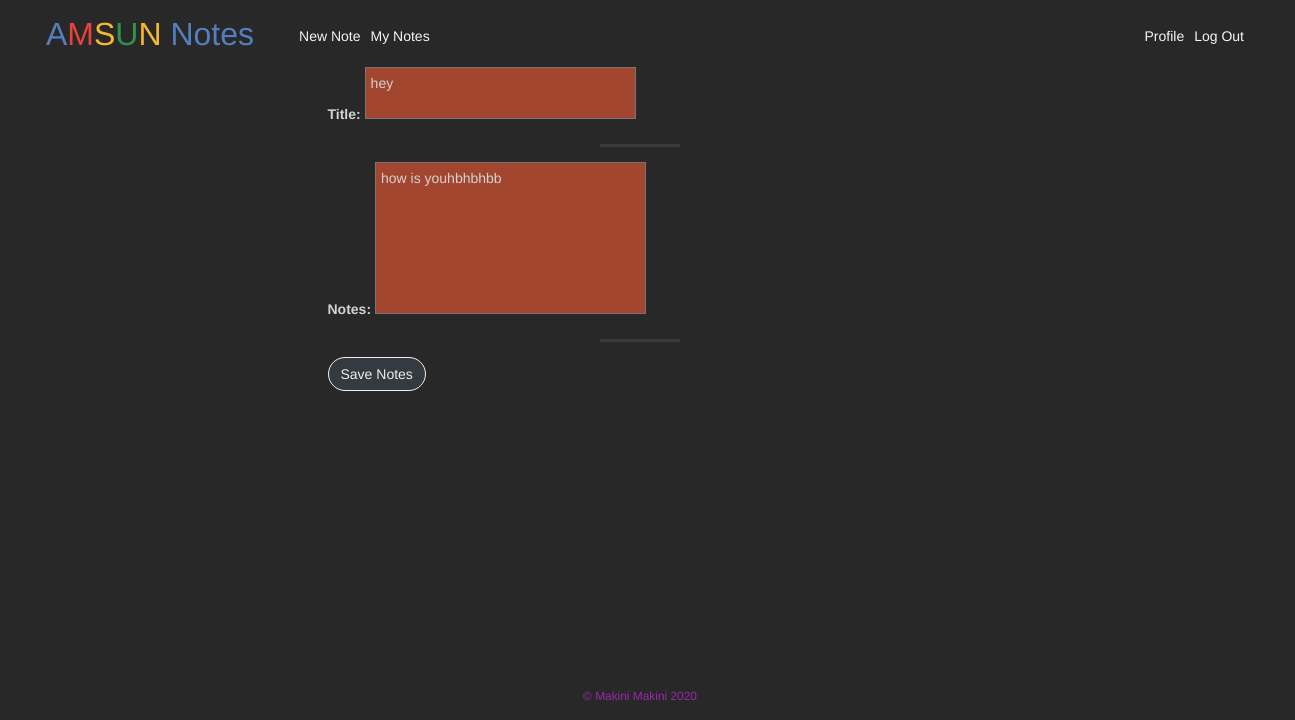
Repository: MakiniMakini/AMSUN-NOTES
Page: http://localhost/22/edit
An editor plug-in stored every save of this project. The page is shown before and after the next save, followed by the edit.
The browser window is 1280 px wide. The page is 1295 px wide, so the pictures cover 1295 px, including what lies to the right of the window. The pictures show the whole page.
Some web fonts or font styles are not loaded; a fallback is used. The page is served by the project's application, run on Flask 3 (application.py). The session is filled in as if someone had signed in: {"user_id": 1}. The page reads the database file committed with the project.

Above is the page before, as saved 2020-12-25 13:26:59.

### templates/edit.html
{% extends "layout.html" %}

{% block title %}
    Edit
{% endblock %}

{% block main %}

<div class="row">
  <div class="col-3"></div>
<div class="col-6">
  <div class="notes_form">
    {% for item in notes %}

    <form action="/{{item[0]}}/edit" method="POST" class="notes_form">
     <label for="title">Title:</label>
     <textarea name="title" id="" cols="30" rows="2" placeholder="title" type="text" >{{item[1]}}</textarea>
     <hr>
     <label for="notes">Notes:</label>
     <textarea name="notes" cols="30" rows="7" placeholder="notes" type="text">{{item[2]}}</textarea>
     <hr>
      <button class="btn btn-primary bg-dark" type="submit">Save Notes</button>
    </form>

    {% endfor %}

</div>
</div>
<div class="col-3"></div>
</div>




{% endblock %}

### templates/layout.html
<!DOCTYPE html>
<html lang="en">
    <head>
        <!-- Required meta tags -->
        <meta charset="utf-8">
        <meta name="viewport" content="width=device-width, initial-scale=1, shrink-to-fit=no">

        <!-- documentation at http://getbootstrap.com/docs/4.1/, alternative themes at https://bootswatch.com/ -->
        <link href="https://maxcdn.bootstrapcdn.com/bootstrap/4.1.3/css/bootstrap.min.css" rel="stylesheet">

        <!-- https://favicon.io/emoji-favicons/money-mouth-face/ -->
        <link href="/static/favicon.ico" rel="icon">

        <link href="/static/styles.css" rel="stylesheet">
        <link rel="stylesheet" href="/static/bootstrap.min.css" />
        <link rel="stylesheet" href="/static/animate.min.css" />
        <link rel="stylesheet" href="/static/ionicons.min.css" />
        <link rel="stylesheet" href="/static/styles2.css" />
        <link rel="stylesheet" href="/static/profile.css" />

        <script src="https://code.jquery.com/jquery-3.3.1.min.js"></script>
        <script src="https://cdnjs.cloudflare.com/ajax/libs/popper.js/1.14.3/umd/popper.min.js"></script>
        <script src="https://maxcdn.bootstrapcdn.com/bootstrap/4.1.3/js/bootstrap.min.js"></script>

        <title>AMSUN Notes: {% block title %}{% endblock %}</title>
    </head>

    <body>

        <nav class="navbar navbar-expand-md navbar-light bg-none pl-5 pr-5 m-0 fixed-top">
            <a class="navbar-brand" href="/"><span class="blue">A</span><span class="red">M</span><span class="yellow">S</span><span class="green">U</span><span class="yellow">N</span> <span class="blue">Notes</span></a>
            <button aria-controls="navbar" aria-expanded="false" aria-label="Toggle navigation" class="navbar-toggler bg-light" data-target="#navbar" data-toggle="collapse" type="button">
                <span class="navbar-toggler-icon"></span>
            </button>
            <div class="collapse navbar-collapse" id="navbar" >
                {% if session.user_id %}
                    <ul class="navbar-nav mr-auto mt-2">
                        <li class="nav-item"><a class="nav-link" href="/home">New Note</a></li>
                        <li class="nav-item"><a class="nav-link" href="/my_notes">My Notes</a></li>
                    </ul>
                    <ul class="navbar-nav ml-auto mt-2 navbar-right">
                        <li class="nav-item"><a class="nav-link" href="/profile">Profile</a></li>
                        <li class="nav-item"><a class="nav-link" href="/logout">Log Out</a></li>
                    </ul>
                {% else %}
                    <ul class="navbar-nav ml-auto mt-2 navbar-right">
                        <li class="nav-item"><a class="nav-link" href="/register">Register</a></li>
                        <li class="nav-item"><a class="nav-link" href="/login">Log In</a></li>
                    </ul>
                {% endif %}
            </div>
        </nav>

        {% if get_flashed_messages() %}
            <header>
                <div class="alert alert-primary border text-center" role="alert">
                    {{ get_flashed_messages() | join(" ") }}
                </div>
            </header>
        {% endif %}

        <main class="container p-0">

        </main>
        {% block main %}{% endblock %}

        <footer class="small text-center text-muted fixed-bottom bg-none">
             <a href="https://makini-makini.herokuapp.com">© Makini Makini 2020</a>
        </footer>

    </body>
</html>

### application.py
import os

import sqlite3
from flask import Flask, flash, jsonify, redirect, render_template, request, session
from flask_session import Session
from tempfile import mkdtemp
from werkzeug.exceptions import default_exceptions, HTTPException, InternalServerError
from werkzeug.security import check_password_hash, generate_password_hash

from helpers import apology, login_required


# Configure application
app = Flask(__name__)

# Ensure templates are auto-reloaded
app.config["TEMPLATES_AUTO_RELOAD"] = True

# Ensure responses aren't cached
@app.after_request
def after_request(response):
    response.headers["Cache-Control"] = "no-cache, no-store, must-revalidate"
    response.headers["Expires"] = 0
    response.headers["Pragma"] = "no-cache"
    return response


# Configure session to use filesystem (instead of signed cookies)
app.config["SESSION_FILE_DIR"] = mkdtemp()
app.config["SESSION_PERMANENT"] = False
app.config["SESSION_TYPE"] = "filesystem"
Session(app)

# connecting to the database
connection = sqlite3.connect("amsun_notes.db", check_same_thread=False)

# cursor
db = connection.cursor()

# >>>>>>>>>>>>>>>>>>>>>>>>>>>>>>>ROUTES<<<<<<<<<<<<<<<<<<

# ///////////////INDEX\\\\\\\\\\\\\\\\\\
@app.route("/")
def home_page():
    return render_template("home.html")

# ////////////////WRITE NOTES\\\\\\\\\\\\\
@app.route("/home")
@login_required
def index():
    return render_template("index.html")

# //////PROFILE\\\\\\\\
@app.route("/profile")
@login_required
def profile():
    return render_template("profile.html")

# /////////////MY NOTES\\\\\\\\\\
@app.route("/my_notes")
@login_required
def my_notes():

    # logged user
    user_id = session['user_id']

    db.execute("SELECT note_id, title, notes FROM notes WHERE user_id=:user_id", {'user_id':user_id})
    notes = db.fetchall()

    # Ensure user has notes
    if not notes:
        return render_template("index.html", message = "You Do Not Have Any Stock")

    return render_template("my_notes.html", notes=notes)

# ///////////////ALLOW USER TO EDIT THEIR NOTES\\\\\\\\\\\\\\\\\\\
@app.route("/<note_id>/edit", methods=["GET", "POST"])
@login_required
def edit(note_id):

     # logged user
    user_id = session['user_id']

    if request.method == "GET":
        # query database for notes
        db.execute("SELECT note_id, title, notes FROM notes WHERE user_id=:user_id AND note_id=:note_id", {'user_id':user_id, 'note_id':note_id})
        notes = db.fetchall()
        # populate text-area with existing notes
        return render_template("edit.html", notes=notes)

    if request.method == "POST":
        # get title
        title = request.form.get("title")
        #get notes
        notes = request.form.get("notes")

        # ensure the fields are not blank
        if not request.form.get("notes"):
            return apology('must write something', 403)
        else:
            # update notes
            db.execute("UPDATE notes SET title =:title, notes =:notes WHERE note_id=:note_id", {'user_id':user_id, 'note_id':note_id, 'title':title, 'notes':notes})
            # save to data base
            connection.commit()
            # redirect user to their notes
            return redirect("/my_notes")


@app.route("/<note_id>/delete")
@login_required
def delete(note_id):

    print(note_id)

    db.execute("DELETE FROM notes WHERE note_id=:note_id", {'note_id':note_id})
    connection.commit()

    return redirect("/my_notes")

# >>>>>>>>>>>>>REGISTER USER<<<<<<<<<<<<<<<<<<<<<<<<<<<<<<<<<<<
@app.route("/register", methods=["GET", "POST"])
def register():
    """Register user"""

    # if 'GET' render Reg. form
    if request.method == "GET":
        return render_template("register.html")

    if request.method == "POST":

        username = request.form.get("username")
        # Ensure username is submitted
        if not request.form.get("username"):
             return apology("must provide username", 403)

        # Ensure password was submitted
        elif not request.form.get("password") and not request.form.get("confirmation"):
            return apology("must provide password and confirmation", 403)
        else:
            # query db
            db.execute("SELECT * FROM users WHERE username = :username",
                            {'username' : username})
            rows = db.fetchall()

            # check if user exists
            if len(rows) == 1:
                return apology("username already exists", 403)
            else:
                username = request.form.get("username")

            # password
            if request.form.get("password") == request.form.get("confirmation"):
                # hash password
                pwhash = generate_password_hash(request.form.get("password"), method='plain')
            else:
                return apology("passwords do not match", 403)

            # update db
            db.execute("INSERT INTO users (username, hash) VALUES (:username, :pwhash)", {'username':username, 'pwhash':pwhash})

            # To save the changes in the files. Never skip this.
            # If we skip this, nothing will be saved in the database.
            connection.commit()

            # # close the connection
            # connection.close()
            return redirect("/")


# >>>>>>>>>>>>>>>>>>>>>>LOGIN<<<<<<<<<<<<<<<<<<<<<<


@app.route("/login", methods=["GET", "POST"])
def login():
    """Log user in"""

    # Forget any user_id
    session.clear()

    # User reached route via POST (as by submitting a form via POST)
    if request.method == "POST":

        # Ensure username was submitted
        if not request.form.get("username"):
            return apology("must provide username", 403)

        # Ensure password was submitted
        elif not request.form.get("password"):
            return apology("must provide password", 403)

        # Query database for username
        db.execute("SELECT * FROM users WHERE username = :username",
                          {'username':request.form.get("username")})

        rows = db.fetchall()

        print(rows)
        # Ensure username exists and password is correct
        if len(rows) != 1 or not check_password_hash(rows[0][2], request.form.get("password")):
            return apology("invalid username and/or password", 403)

    # Remember which user has logged in
        session["user_id"] = rows[0][0]

        # Redirect user to home page
        return redirect("/")

    # User reached route via GET (as by clicking a link or via redirect)
    else:
        return render_template("login.html")

#>>>>>>>>>>>>>>>>>>>>>>>>>>>LOGOUT<<<<<<<<<<<<<<<<<<<<<<<<

@app.route("/logout")
def logout():
    """Log user out"""

    # Forget any user_id
    session.clear()

    # Redirect user to login form
    return redirect("/")


# >>>>>>>>>>>>>>>>>>>SAVE NOTES <<<<<<<<<<<<<<<<<<<<<<<<<
@app.route("/notes", methods=["GET", "POST"])
@login_required
def save():
    #save notes to database

    # logged user
    user_id = session['user_id']

    if request.method == "POST":

        # get the title
        title = request.form.get("title")

        #get notes
        notes = request.form.get("notes")

        # ensure the fields are not blank
        if not request.form.get("notes"):
            return apology('must write something', 403)
        else:
            db.execute("INSERT INTO notes (user_id, title, notes) VALUES (:user_id, :title, :notes)", {'user_id':user_id, 'title':title, 'notes':notes})

            # save to data base
            connection.commit()
            return render_template("index.html")

### helpers.py
import os
import requests
import urllib.parse

from flask import redirect, render_template, request, session
from functools import wraps

def apology(message, code=400):
    """Render message as an apology to user."""
    def escape(s):
        """
        Escape special characters.

        https://github.com/jacebrowning/memegen#special-characters
        """
        for old, new in [("-", "--"), (" ", "-"), ("_", "__"), ("?", "~q"),
                         ("%", "~p"), ("#", "~h"), ("/", "~s"), ("\"", "''")]:
            s = s.replace(old, new)
        return s
    return render_template("apology.html", top=code, bottom=escape(message)), code


def login_required(f):
    """
    Decorate routes to require login.

    http://flask.pocoo.org/docs/1.0/patterns/viewdecorators/
    """
    @wraps(f)
    def decorated_function(*args, **kwargs):
        if session.get("user_id") is None:
            return redirect("/login")
        return f(*args, **kwargs)
    return decorated_function

### static/styles.css
nav .navbar-brand {
	/* size for brand */
	font-size: xx-large;
}

/* colors for brand */
nav .navbar-brand .blue {
	color: #537fbe;
}
nav .navbar-brand .red {
	color: #ea433b;
}
nav .navbar-brand .yellow {
	color: #f5b82e;
}
nav .navbar-brand .green {
	color: #2e944b;
}

.navbar .nav-link {
	color: whitesmoke !important;
}

main .form-control {
	/* center form controls */
	display: inline-block;

	/* override Bootstrap's 100% width for form controls */
	width: auto;
}

main {
	/* scroll horizontally as needed */
	overflow-x: auto;

	/* center contents */
	text-align: center;
}

main img {
	/* constrain images on small screens */
	max-width: 100%;
}

/* Style the image inside the centered container, if needed */
.centered img {
	width: 150px;
	border-radius: 50%;
}

textarea {
	font-family: monospace;
}

.section_name {
	text-align: center;
	padding: 0;
}

.form-form {
	text-align: center;
	padding-top: 10vh;
}
.btn:focus {
	outline: none !important;
}

.form-control-email {
	text-align: left;
	display: block;
	width: 50%;
	height: 35px;
	padding: 6px 12px;
	font-size: 14px;
	line-height: 1.5;
	color: #eee;
	background-color: #36333d;
	background-image: none;
	border: 1px solid #36333d;
	border-radius: 4px;
	box-shadow: inset 0 1px 1px rgba(0, 0, 0, 0.075);
	transition: border-color ease-in-out .15s, box-shadow ease-in-out .15s;
}
.form-control-email:focus {
	outline: none;
}

.iframe-container {
	position: relative;
	overflow: hidden;
	width: 100%;
	padding-top: 56.25%; /* 16:9 Aspect Ratio (divide 9 by 16 = 0.5625) */
}

.responsive-iframe {
	position: absolute;
	top: 0;
	left: 0;
	bottom: 0;
	right: 0;
	width: 100%;
	height: 100%;
}

.my_notes {
	margin: auto;
	align-content: center;
	padding-top: 5vh;
}

.my_notes .card {
	align-content: center;
	margin: auto;
}

textarea {
	background-color: #a3462f;
	padding: 5px;
	columns: red;
}

textarea:focus {
	background-color: #2f2d33;
	outline: none;
}

.notes_form {
	margin: auto;
	align-items: center;
	align-content: center;
}

### static/profile.css
/* Profile container */
.profile {
	margin: 20px 0;
}

/* Profile sidebar */
.profile-sidebar {
	padding: 20px 0 10px 0;
	background: #fff;
}

.profile-userpic img {
	float: none;
	margin: 0 auto;
	width: 50%;
	height: 50%;
	-webkit-border-radius: 50% !important;
	-moz-border-radius: 50% !important;
	border-radius: 50% !important;
}

.profile-usertitle {
	text-align: center;
	margin-top: 20px;
}

.profile-usertitle-name {
	color: #5a7391;
	font-size: 16px;
	font-weight: 600;
	margin-bottom: 7px;
}

.profile-usertitle-job {
	text-transform: uppercase;
	color: #5b9bd1;
	font-size: 12px;
	font-weight: 600;
	margin-bottom: 15px;
}

.profile-userbuttons {
	text-align: center;
	margin-top: 10px;
}

.profile-userbuttons .btn {
	text-transform: uppercase;
	font-size: 11px;
	font-weight: 600;
	padding: 6px 15px;
	margin-right: 5px;
}

.profile-userbuttons .btn:last-child {
	margin-right: 0px;
}

.profile-usermenu {
	margin-top: 30px;
}

.profile-usermenu ul li {
	border-bottom: 1px solid #f0f4f7;
}

.profile-usermenu ul li:last-child {
	border-bottom: none;
}

.profile-usermenu ul li a {
	color: #93a3b5;
	font-size: 14px;
	font-weight: 400;
}

.profile-usermenu ul li a i {
	margin-right: 8px;
	font-size: 14px;
}

.profile-usermenu ul li a:hover {
	background-color: #fafcfd;
	color: #5b9bd1;
}

.profile-usermenu ul li.active {
	border-bottom: none;
}

.profile-usermenu ul li.active a {
	color: #5b9bd1;
	background-color: #f6f9fb;
	border-left: 2px solid #5b9bd1;
	margin-left: -2px;
}

/* Profile Content */
.profile-content {
	padding: 20px;
	background: #fff;
	min-height: 460px;
}

### amsun_notes.db (the tables this page reads, as SQL)
CREATE TABLE 'notes' (
    'note_id' INTEGER PRIMARY KEY AUTOINCREMENT NOT NULL,
    'user_id' INTEGER NOT NULL, 
    'title' TEXT NOT NULL, 
    'notes' TEXT NOT NULL,
    FOREIGN KEY(user_id) REFERENCES users(id)
    );
INSERT INTO "notes" VALUES
(11, 2, 'sasa', 'sdsdsdsd'),
(18, 3, 'I am here', 'I am here to see here'),
(19, 3, 'Bike Kali', 'Reading about people'),
(21, 4, 'trip to msa', 'niliona mzungu yaaaayyyy'),
(22, 1, 'hey', 'how is youhbhbhbb'),
(26, 1, 'NOTE WITH STEPH', 'Steph is an amazing soul whom I love! ');

Loaded but not shown: static/bootstrap.min.css (library); static/animate.min.css (library); static/ionicons.min.css (library); static/styles2.css (530 lines, source omitted)

After the next save:
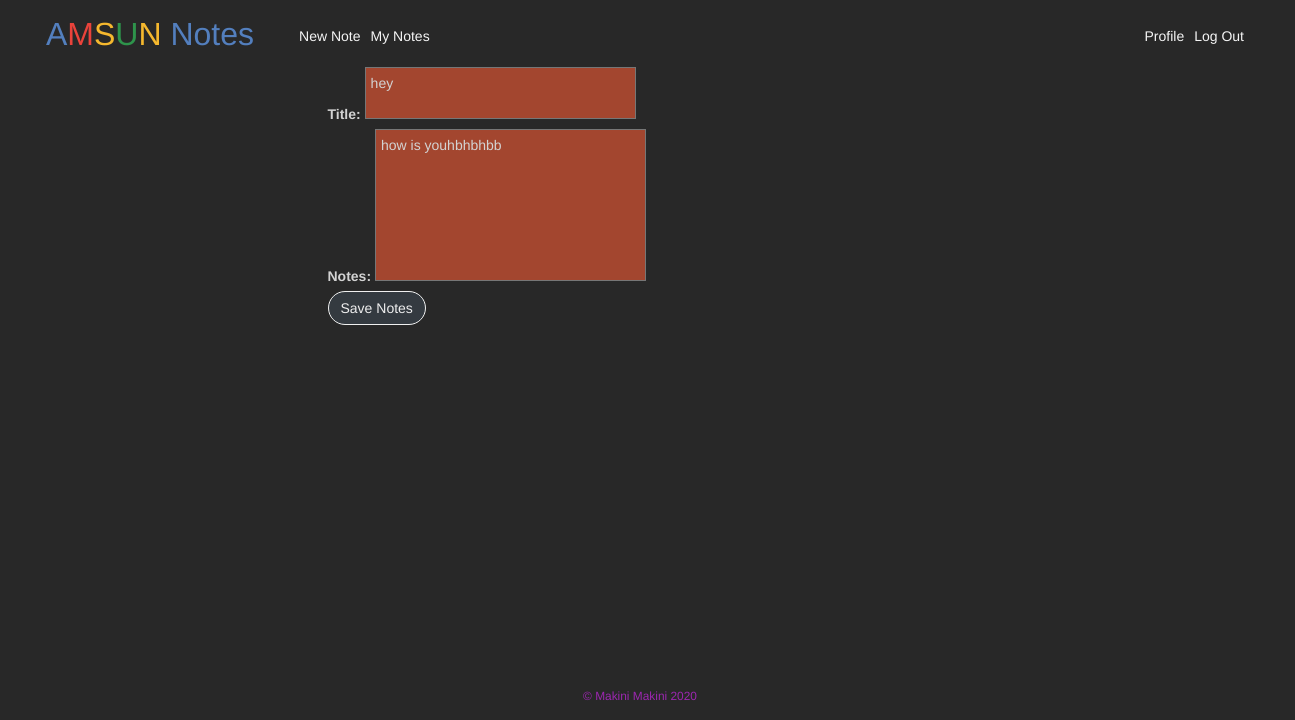
Saved 10 s later.
--- a/templates/edit.html
+++ b/templates/edit.html
@@ -15,10 +15,10 @@
     <form action="/{{item[0]}}/edit" method="POST" class="notes_form">
      <label for="title">Title:</label>
      <textarea name="title" id="" cols="30" rows="2" placeholder="title" type="text" >{{item[1]}}</textarea>
-     <hr>
+     <br>
      <label for="notes">Notes:</label>
      <textarea name="notes" cols="30" rows="7" placeholder="notes" type="text">{{item[2]}}</textarea>
-     <hr>
+     <br>
       <button class="btn btn-primary bg-dark" type="submit">Save Notes</button>
     </form>
 
